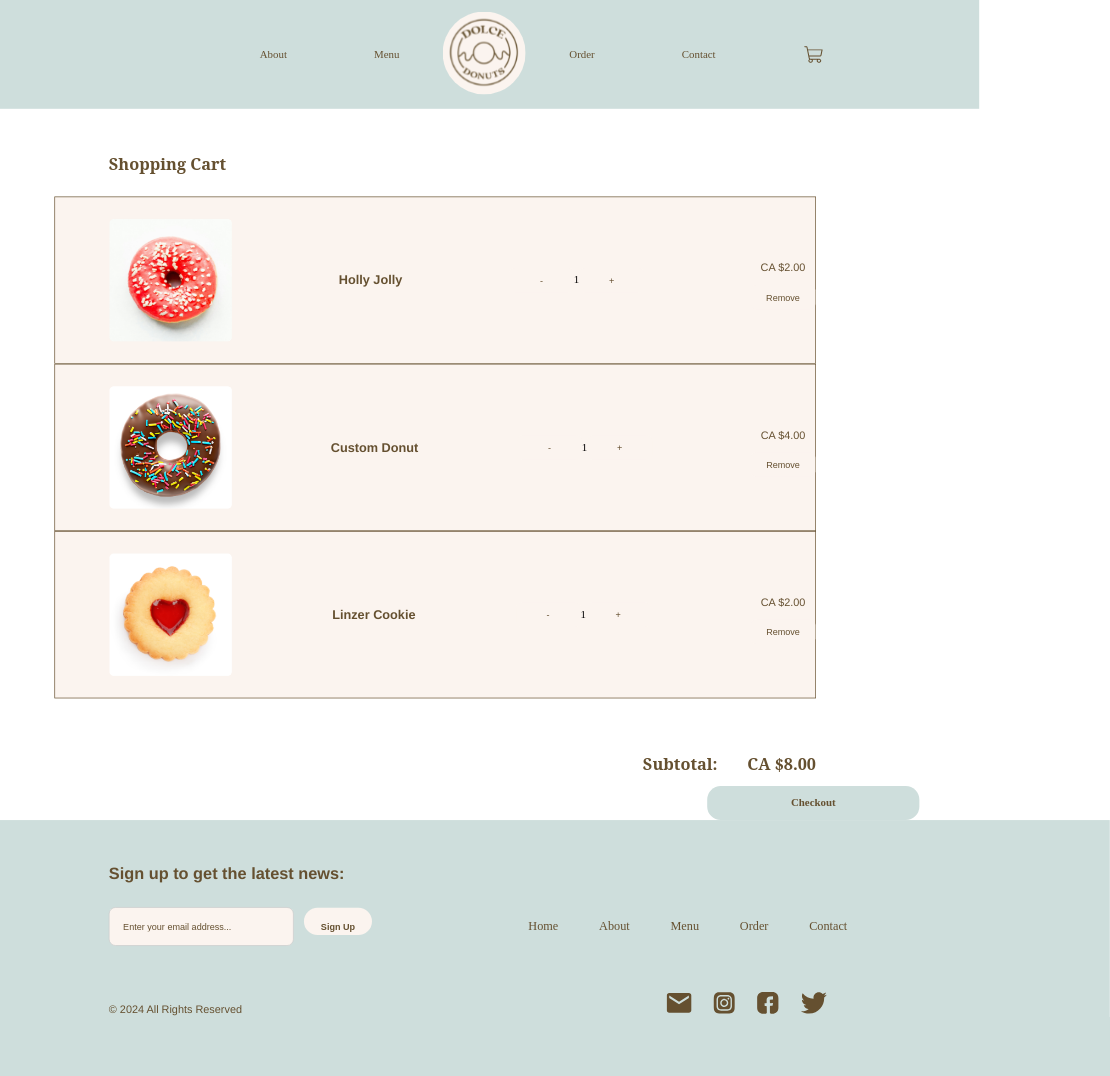
Repository: Crystalhtc/dolcedonuts
Page: /cart
An editor plug-in stored every save of this project. The page is shown before and after the next save, followed by the edit.
The browser window is 1280 px wide. The page is 1632 px wide, so the pictures cover 1632 px, including what lies to the right of the window. The pictures show the whole page, at 68% of full size.
The project was rebuilt for these pictures with package versions that can differ from the ones it lists, and the page was loaded fresh each time. Also part of the build but not shown: vite.config.js, src/pages/Home.module.css, src/components/ProductCard/ProductCard.jsx, src/Data/products.js, src/pages/Order.css, src/pages/Menu.jsx, src/pages/Order.jsx, src/pages/Contact.module.css and 17 more.

Above is the page before, as saved 2024-10-21 05:49:36.

After the next save:
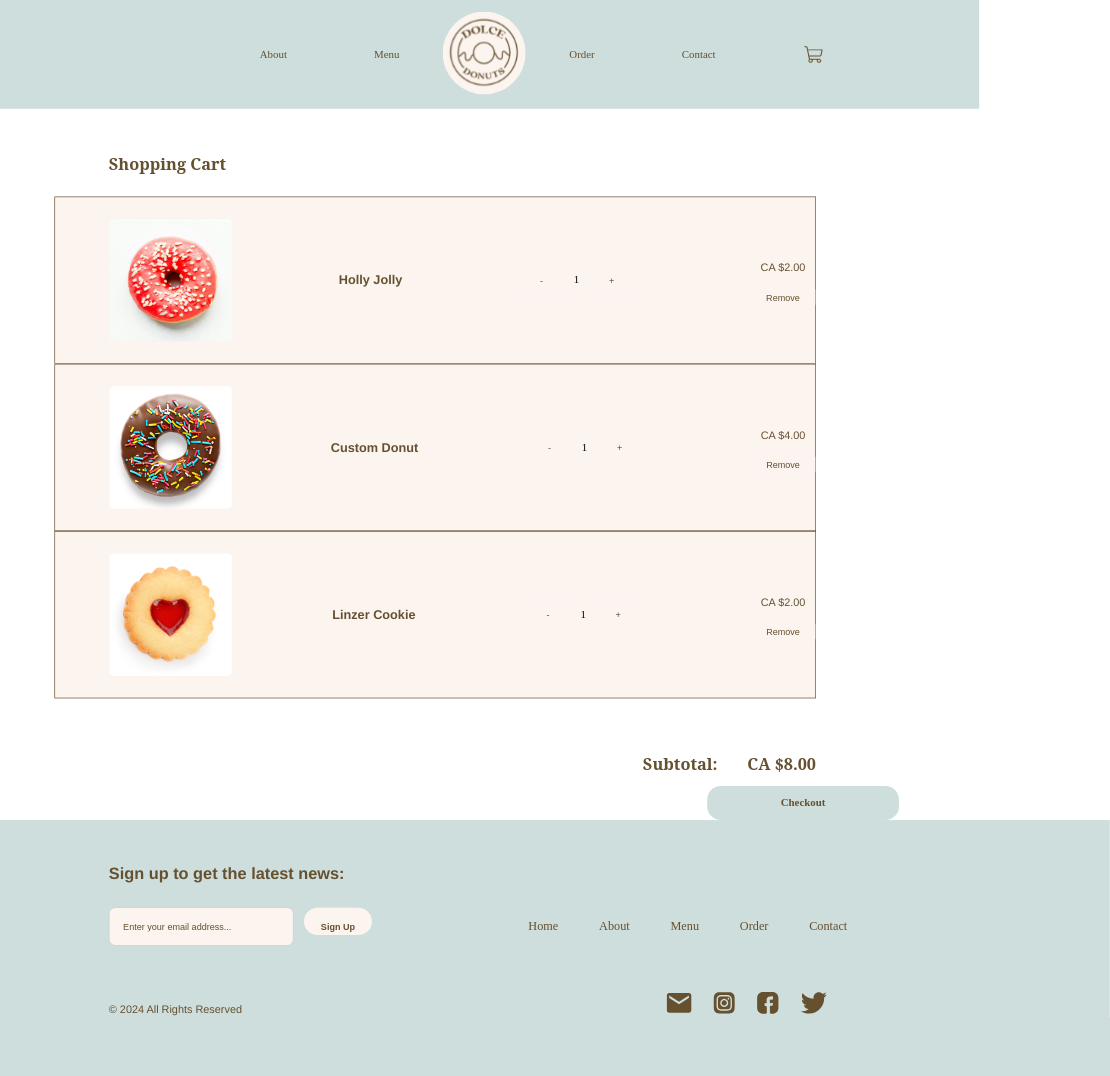
Saved 9 s later.
--- a/src/pages/Cart.jsx
+++ b/src/pages/Cart.jsx
@@ -120,7 +120,7 @@ export default function Cart() {
 
             <div className={styles.totalContainer}>
                 <h2 className={styles.totalH2}>Subtotal: &nbsp;&nbsp;&nbsp;&nbsp;&nbsp; CA ${calculateTotal()}</h2>
-                <div className={styles.checkoutBtn} style={{ width: '280px'}}>
+                <div className={styles.checkoutBtn} style={{ width: '250px'}}>
                     <MintButton buttonText="Checkout" />
                 </div>
 
